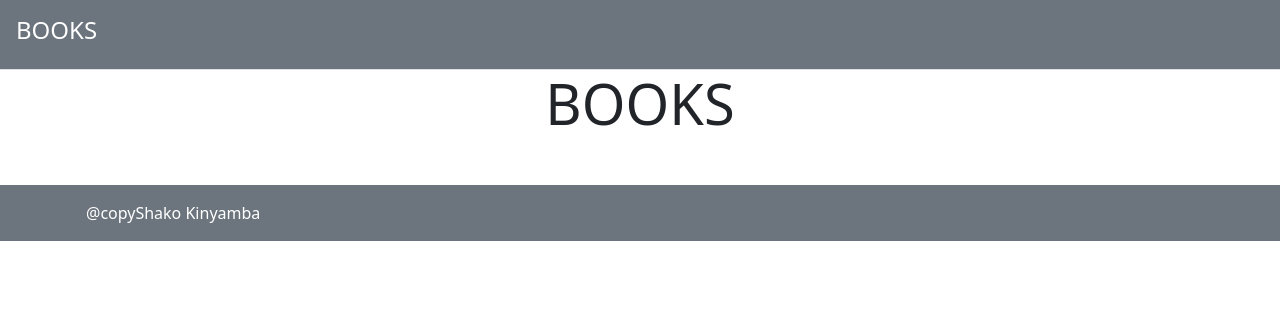
Repository: SKB-TECH/Books
Page: /
An editor plug-in stored every save of this project. The page is shown before and after the next save, followed by the edit.
The browser window is 1280 px wide. The pictures show the whole page.
The project was rebuilt for these pictures with package versions that can differ from the ones it lists, and the page was loaded fresh each time. Also part of the build but not shown: vite.config.js.

Above is the page before, as saved 2022-11-09 15:41:31.

### src/main.jsx
import React from 'react'
import ReactDOM from 'react-dom/client'
import App from './App'
import 'bootstrap/dist/css/bootstrap.min.css'

ReactDOM.createRoot(document.getElementById('root')).render(
  <React.StrictMode>
    <App />
  </React.StrictMode>
)

### src/App.jsx
import React from 'react';
import Footer from './components/Footer';
import Navbar from './components/Navbar';
import AddBooks from './Containers/AddBooks'
const App = () => {
  return (
    <div className='App'>
      <Navbar />
      <AddBooks />
      <Footer />
    </div>
  );
};

export default App;

### src/components/Footer.jsx
import React from 'react';

const Footer = () => {
    return (
        <footer className='footer text-white bg-secondary mt-5'>
            <div className='container p-3'>
                <span>
                    @copyShako Kinyamba
                </span>
            </div>
        </footer>
    );
};

export default Footer;

### src/components/Navbar.jsx
import React from 'react';

const Navbar = () => {
    return (
        <header>
            <div className='d-flex flex-column flex-md-row p-3 border-bottom bg-secondary text-white'>
                <h4 className='mr-md-auto'>
                    <a href="/" className='text-decoration-none text-white'>BOOKS</a>
                </h4>
            </div>
            {/* Menu principl */}
        </header>
    );
};

export default Navbar;

### src/Containers/AddBooks.jsx
import React from 'react';

const AddBooks = () => {
    return (
        <main role="main">
            <div className='jumbotron jumbotron-fluid'>
                <div className='container text-center'>
                    <h1 className='display-4'>
                        BOOKS
                    </h1>
                    <p>

                    </p>
                </div>
            </div>
        </main>
    );
};

export default AddBooks;

Loaded but not shown: index.html (common file)

After the next save:
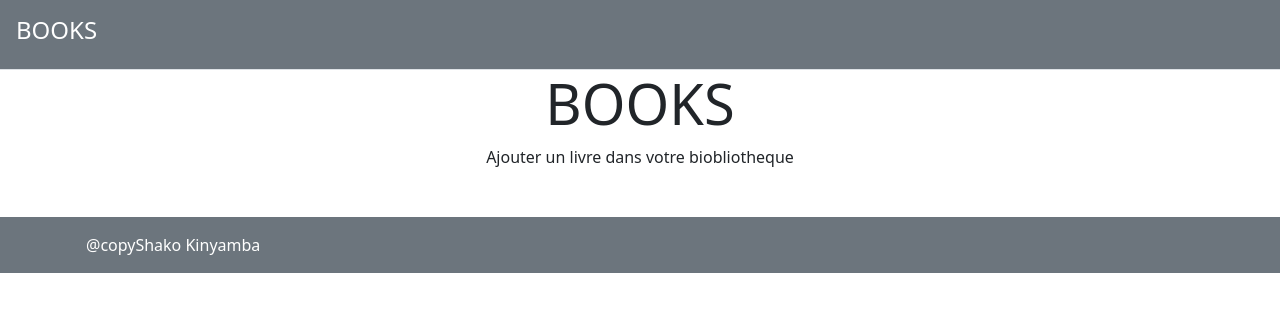
Saved 11 s later.
--- a/src/Containers/AddBooks.jsx
+++ b/src/Containers/AddBooks.jsx
@@ -9,7 +9,7 @@ const AddBooks = () => {
                         BOOKS
                     </h1>
                     <p>
-
+                        Ajouter un livre dans votre biobliotheque
                     </p>
                 </div>
             </div>
